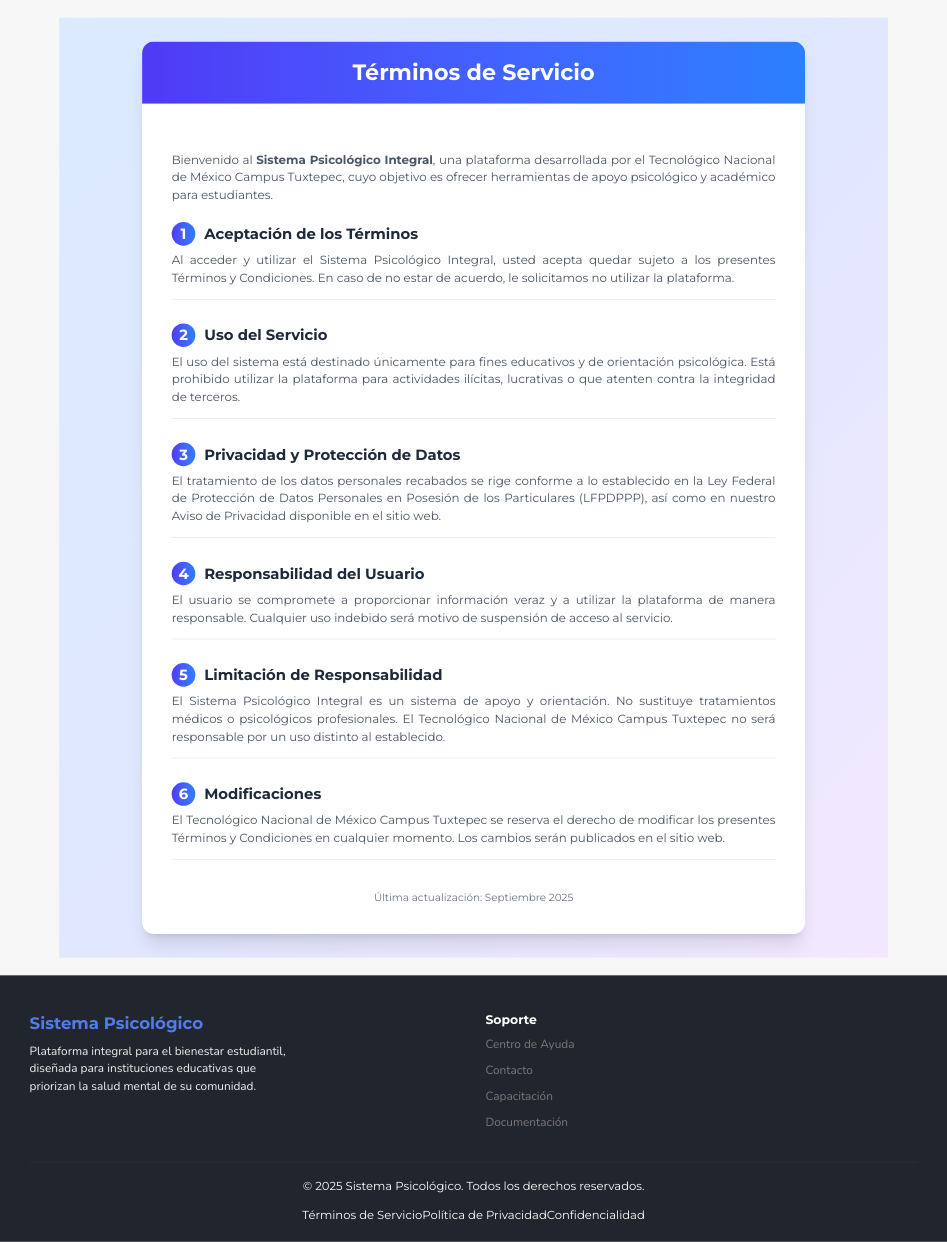
Repository: moon1710/SistemaPsico
Page: /terminos (app in client/)
The author's editor kept a copy of each file at every save. The page is drawn from the files as they stood at one save, then again after the next save.
The browser window is 1280 px wide. The pictures show the whole page, at 74% of full size.
The project was rebuilt for these pictures with package versions that can differ from the ones it lists, and the page was loaded fresh each time. Also part of the build but not shown: client/vite.config.js, client/src/components/onboarding/onboardingConfig.js, client/src/components/onboarding/TutorialSteps.jsx, client/src/components/onboarding/WelcomeForm.jsx, client/src/components/onboarding/OnboardingModal.jsx, client/src/components/layout/AdaptiveSidebar/sidebarConfig.jsx, client/src/components/layout/AdaptiveSidebar/MenuItem.jsx, client/src/components/layout/AdaptiveSidebar/SidebarHeader.jsx and 40 more.

Above is the page before, as saved 2025-09-22 15:51:51.

After the next save:
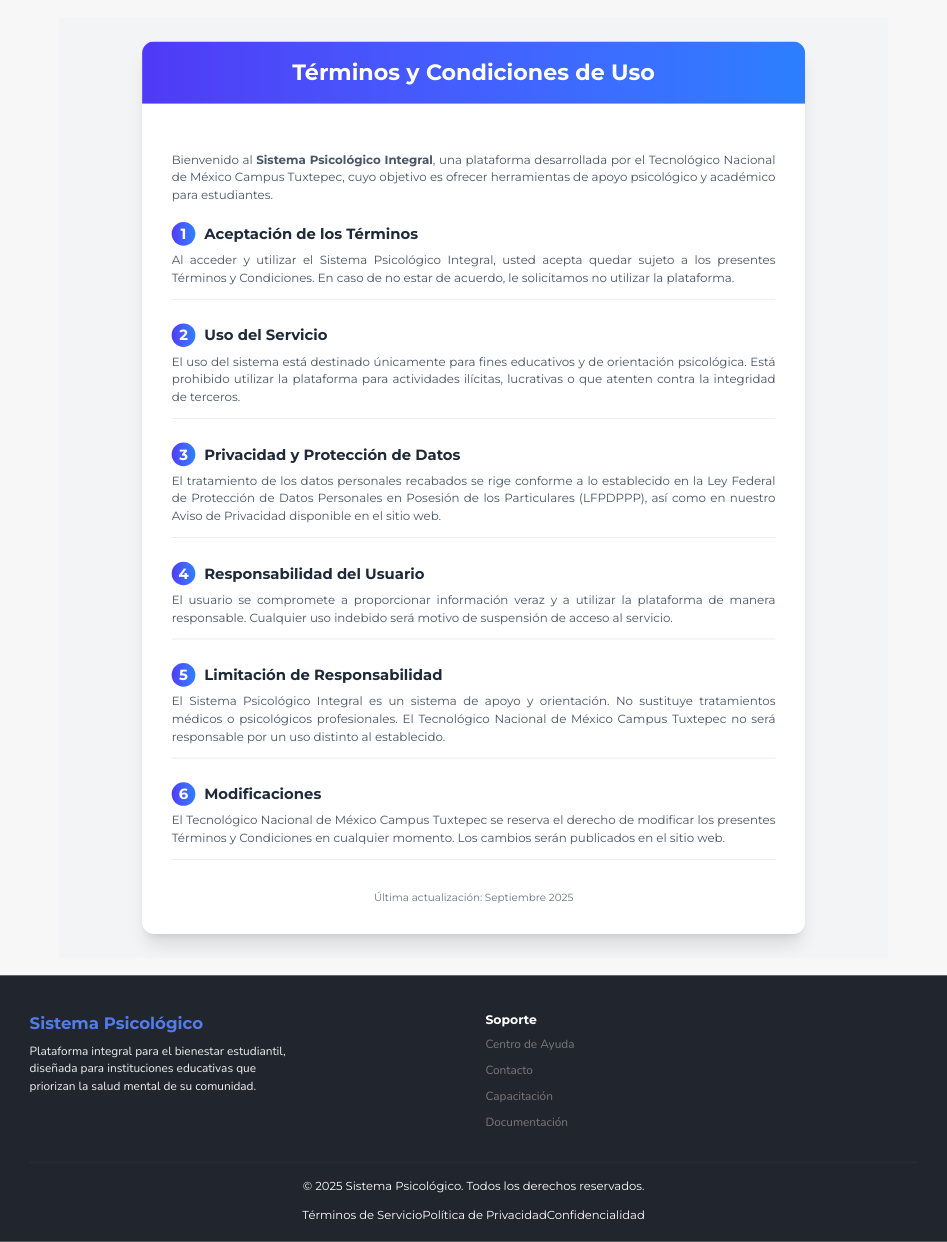
Saved 3 min 26 s later.
--- a/client/src/pages/TerminosPage.jsx
+++ b/client/src/pages/TerminosPage.jsx
@@ -5,12 +5,12 @@ export default function TerminosPage() {
 
 
   return (
-    <div className="min-h-screen w-full bg-gradient-to-br from-blue-100 via-indigo-100 to-purple-100 p-8 flex items-center justify-center">
+    <div className="min-h-screen w-full bg-gray-100 p-8 flex items-center justify-center">
       <div className="max-w-4xl w-full bg-white shadow-xl rounded-2xl overflow-hidden">
         {/* Encabezado con barra de color */}
         <div className="bg-gradient-to-r from-indigo-600 to-blue-500 p-6">
           <h1 className="text-3xl font-bold text-white text-center">
-            Términos de Servicio
+            Términos y Condiciones de Uso
           </h1>
         </div>
 
